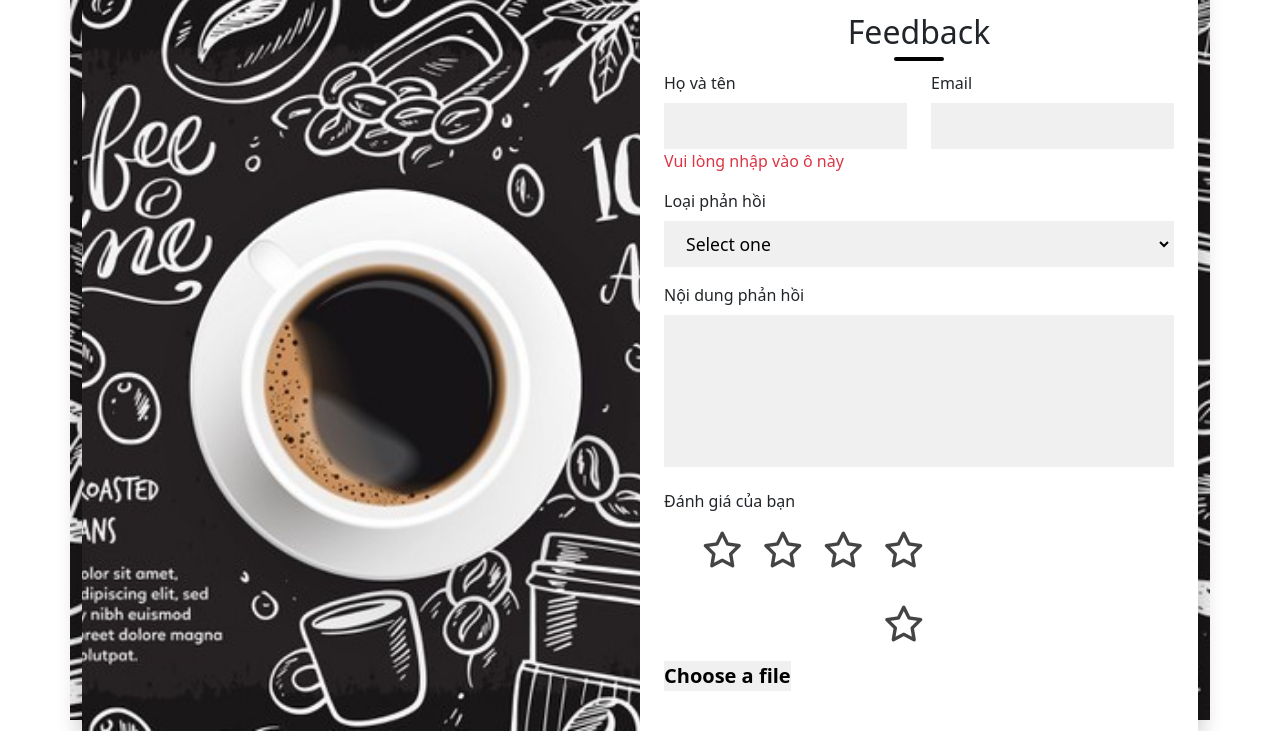
Repository: LeDongGyC/html-css
Page: HTML CSS/prototype/index.html
These files come from the project's save history. The page is drawn as it stood at one moment and after the next save; the edit follows.
The browser window is 1280 px wide. The pictures show the whole page.
Some web libraries are served in a nearby version. The style sheet was rebuilt from its Sass, Less or Tailwind sources for each picture, by a compiler version that may differ from the author's.

Above is the page before, as saved 2023-05-24 12:09:25.

After the next save:
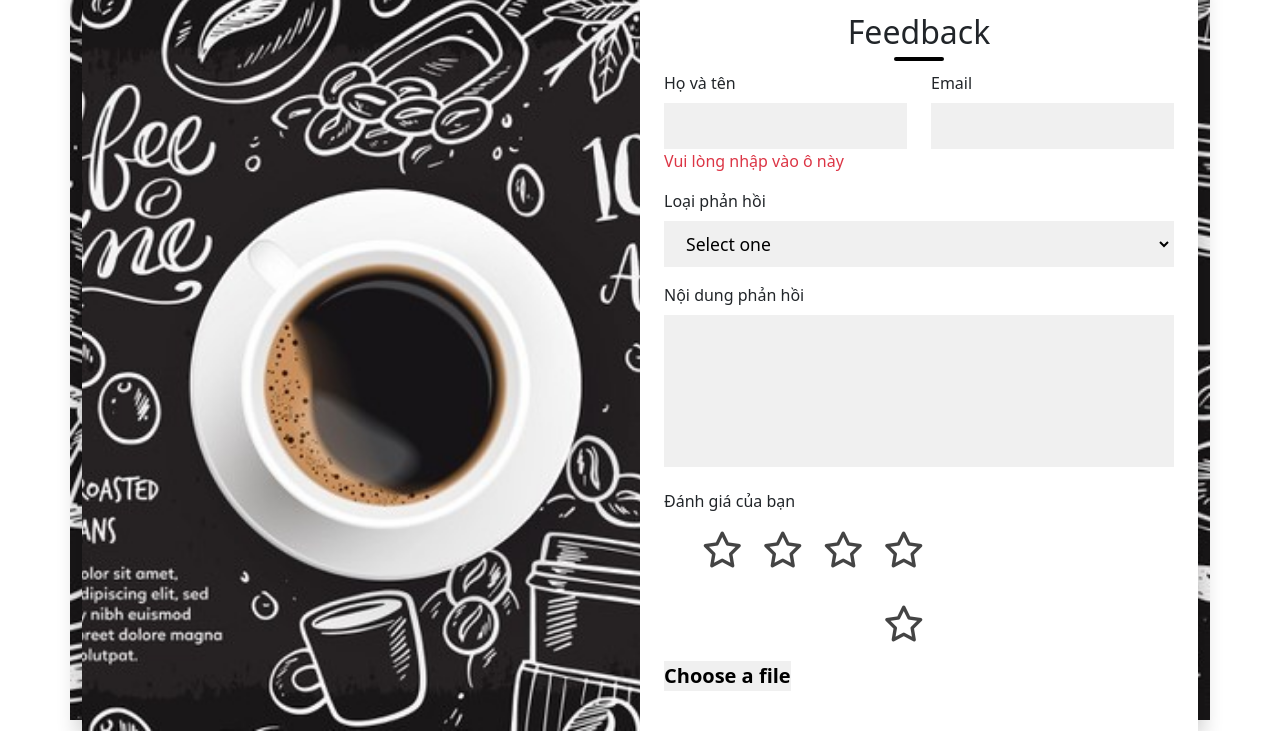
Saved 4 s later.
--- a/HTML CSS/prototype/style.scss
+++ b/HTML CSS/prototype/style.scss
@@ -26,7 +26,7 @@ body {
     height: 100%;
     left: 0;
     top: 0;
-    background: url("cafe.jpg") no-repeat ;
+    background: url("cafe.jpg") no-repeat center;
     background-size: cover;
     // filter: blur(50px);
     z-index: -1;
